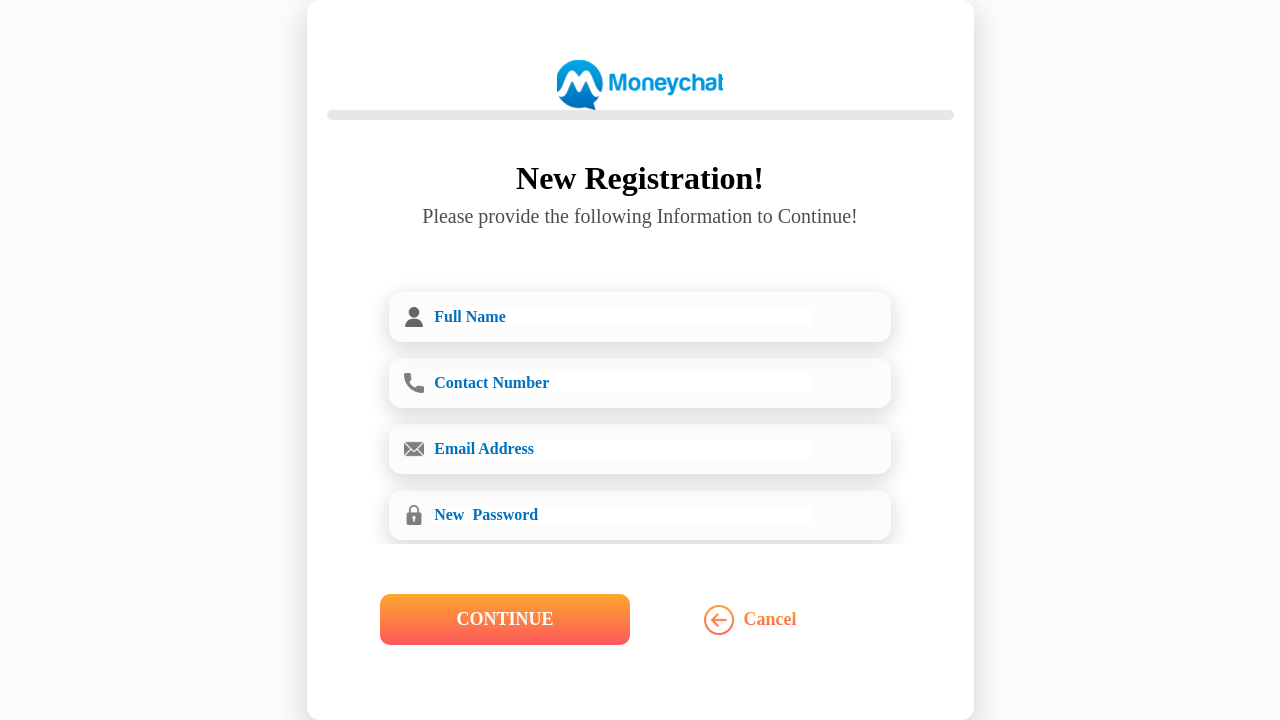
Repository: FlyweisReact/Money-Chat
Page: /register
An editor plug-in stored every save of this project. The page is shown before and after a run of saves, followed by the edit.
The browser window is 1280 px wide. The pictures show the whole page.
The project was rebuilt for these pictures with package versions that can differ from the ones it lists, and the page was loaded fresh each time. Also part of the build but not shown: src/forms/Login.jsx.

Above is the page before, as saved 2023-11-29 15:09:15.

After the next 2 saves:
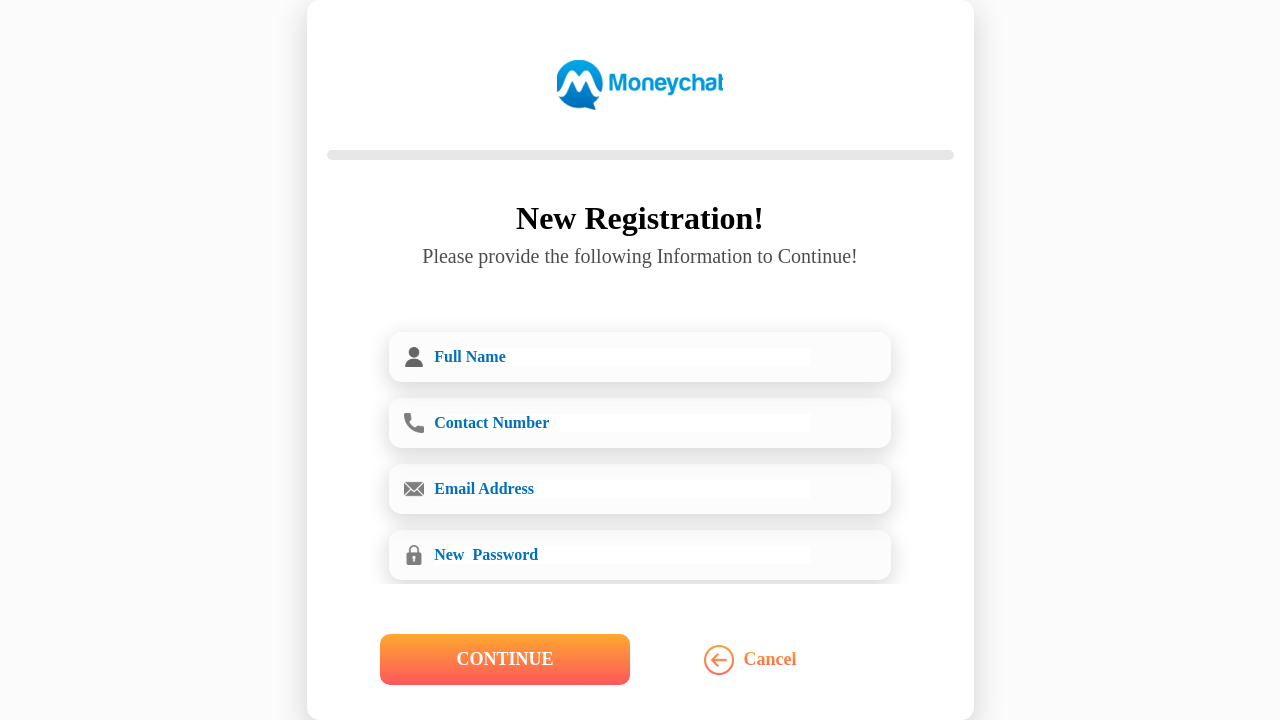
The 2 saves are shown as one change because they came seconds apart.
The last was saved 61 s later.
--- a/src/index.css
+++ b/src/index.css
@@ -1116,5 +1116,5 @@
   background: rgba(196, 196, 196, 0.4);
   width: 100%;
   height: 10px;
-  margin-bottom: 20px;
-}
+  margin-top: 40px;
+}
